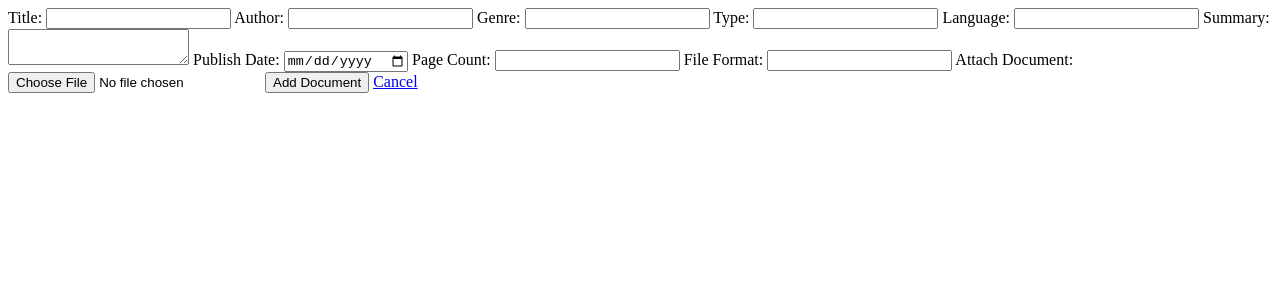
Repository: yasmine555/SpringBoot
Page: src/main/resources/templates/AddDocument.html
An editor plug-in stored every save of this project. The page is shown before and after the next save, followed by the edit.
The browser window is 1280 px wide. The pictures show the whole page.

Above is the page before, as saved 2024-10-27 16:32:20.

### src/main/resources/templates/AddDocument.html
<!DOCTYPE html>
<html>


<form th:action="@{/add-document}" method="post" enctype="multipart/form-data">
    <label for="title">Title:</label>
    <input type="text" id="title" name="title" required>

    <label for="author">Author:</label>
    <input type="text" id="author" name="author" required>

    <label for="genre">Genre:</label>
    <input type="text" id="genre" name="genre" required>

    <label for="type">Type:</label>
    <input type="text" id="type" name="type" required>

    <label for="language">Language:</label>
    <input type="text" id="language" name="language" required>

    <label for="summary">Summary:</label>
    <textarea id="summary" name="summary" required></textarea>

    <label for="publish_date">Publish Date:</label>
    <input type="date" id="publish_date" name="publish_date" required>

    <label for="page_count">Page Count:</label>
    <input type="number" id="page_count" name="page_count" required>

    <label for="file_format">File Format:</label>
    <input type="text" id="file_format" name="file_format" required>

    <label for="documentFile">Attach Document:</label>
    <input type="file" id="documentFile" name="documentFile" required>
    <button type="submit">Add Document</button>
    <a href="/" class="cancel-button">Cancel</a>
</form>
</html>

After the next save:
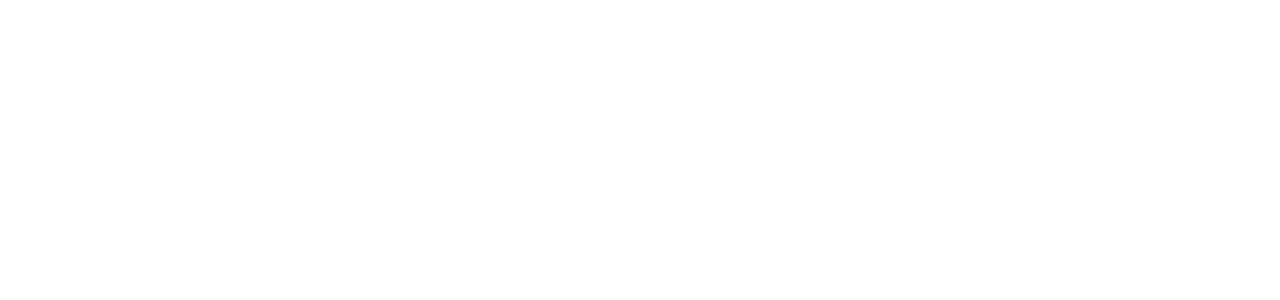
Saved 6 s later.
--- a/src/main/resources/templates/AddDocument.html
+++ b/src/main/resources/templates/AddDocument.html
@@ -1,6 +1,6 @@
 <!DOCTYPE html>
 <html>
-
+    <STYLE
 
 <form th:action="@{/add-document}" method="post" enctype="multipart/form-data">
     <label for="title">Title:</label>

After the 3 saves that followed:
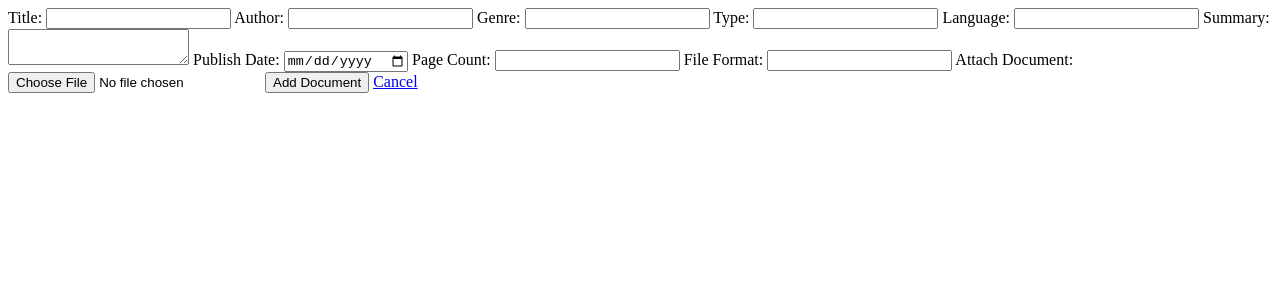
The 3 saves are shown as one change because they came seconds apart.
The last was saved 8 s later.
--- a/src/main/resources/templates/AddDocument.html
+++ b/src/main/resources/templates/AddDocument.html
@@ -1,6 +1,8 @@
 <!DOCTYPE html>
 <html>
-    <STYLE
+    <STYLE>
+
+    </STYLE>
 
 <form th:action="@{/add-document}" method="post" enctype="multipart/form-data">
     <label for="title">Title:</label>
